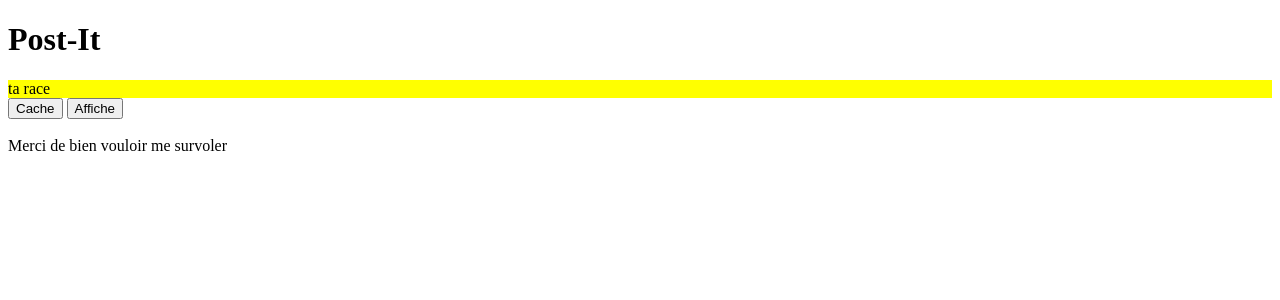
Repository: evalwebmeteofullstack/Gestion_meteo
Page: Notes/Cours + Exercices/Exercices/static/test/5em-code.html
The author's editor kept a copy of each file at every save. The page is drawn from the files as they stood at one save, then again after the next save.
The browser window is 1280 px wide. The pictures show the whole page.

Above is the page before, as saved 2019-02-04 08:28:33.

After the next save:
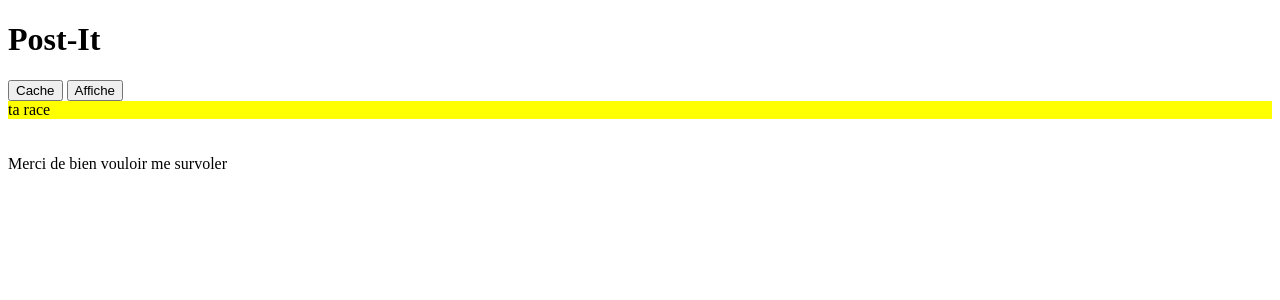
Saved 36 s later.
--- a/Notes/Cours + Exercices/Exercices/static/test/5em-code.html
+++ b/Notes/Cours + Exercices/Exercices/static/test/5em-code.html
@@ -5,9 +5,11 @@
 </head>
 <body>
 	<h1>Post-It</h1>
-	<div id="postIt">ta race</div>
+	<div>
 	<input type="button" name="butCache" id="butCach" value="Cache">
 	<input type="button" name="butAfficher" id="butAf" value="Affiche">
+	<div id="postIt">ta race</div>
+	</div>
 	<br>
 	<br>
 	<label>Merci de bien vouloir me survoler</label>
